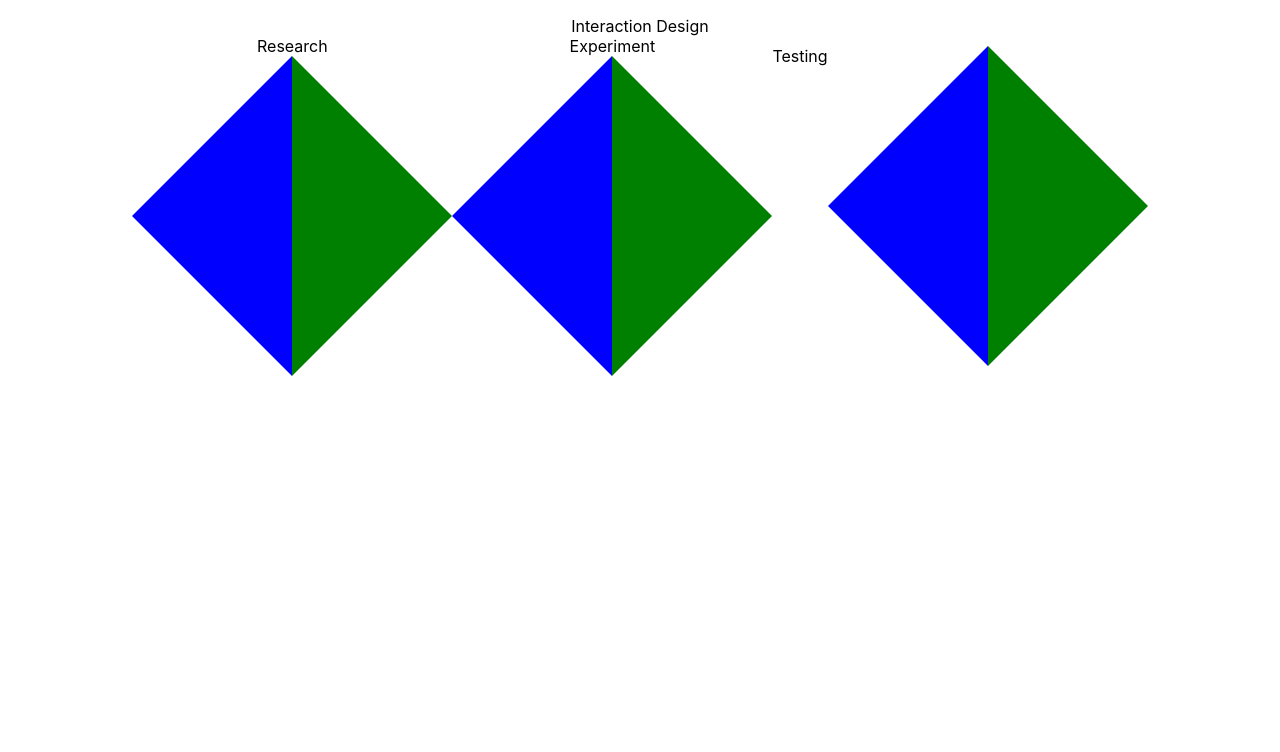
Repository: YingCG/interaction-design
Page: /
These files come from the project's save history. The page is drawn as it stood at one moment and after the next save; the edit follows.
The browser window is 1280 px wide. The pictures show the whole page.
The project was rebuilt for these pictures with package versions that can differ from the ones it lists, and the page was loaded fresh each time.

Above is the page before, as saved 2023-09-07 16:16:41.

### src/App.js
import logo from "./logo.svg";
import "./App.css";
import TripleDiamond from "./TripleDiamond";

function App() {
  return (
    <div className="App">
      Interaction Design
      <TripleDiamond />
    </div>
  );
}

export default App;

### src/App.css
.App {
  text-align: center;
  padding: 1em;
  height: 100vh;
}

.arrow-right {
  width: 0;
  height: 0;
  border-top: 10rem solid transparent;
  border-bottom: 10rem solid transparent;
  border-left: 10rem solid green;
}
.arrow-right:hover {
  border-left: 10rem solid #ffa1f5;
}

.arrow-left {
  width: 0;
  height: 0;
  border-top: 10rem solid transparent;
  border-bottom: 10rem solid transparent;
  border-right: 10rem solid blue;
}
.arrow-left:hover {
  border-right: 10rem solid #ffa1f5;
}

.container {
  display: flex;
  justify-content: center;
  align-items: center;
  width: 100%;
}

.text-content {
  /* padding: 3em; */
  font-size: 3em;
  font-weight: 800;
  flex-direction: column;
}

.triple-diamond {
  display: flex;
  width: 50%;
}

.container-triple {
  display: flex;
  flex-direction: column;
}

.text-above {
  flex-direction: column;
}

### src/TripleDiamond.jsx
import React, { useState } from "react";
import contents from "./data";
import ProjectOverview from "./ProjectOverview";

function TripleDiamond() {
  const [info, setInfo] = useState("");

  function showInfo() {
    console.log(contents);
    setInfo(contents);
  }
  // const showInfo = () => {

  // }

  return (
    <>
      <div className="container">
        <div className="container-triple">
          <div className="text-above">Research</div>
          <div className="triple-diamond">
            <div className="arrow-left" onClick={showInfo}></div>
            <div className="arrow-right"></div>
          </div>
        </div>

        <div className="container-triple">
          <div className="text-above">Experiment</div>
          <div className="triple-diamond">
            <div className="arrow-left"></div>
            <div className="arrow-right"></div>
          </div>
        </div>

        <div className="container-triple">
          <div className="triple-diamond">
            <div className="text-above">Testing</div>
            <div className="arrow-left"></div>
            <div className="arrow-right"></div>
          </div>
        </div>
        <div className="information">
          {contents.map((info, index) => (
            <ProjectOverview props={info} key={index} />
          ))}
        </div>
      </div>
    </>
  );
}

export default TripleDiamond;

### src/data.js
const contents = [
  {
    Title: "Project Overview",
    Description:
      "Memento Media is a creative industry startup that empowers people to save life's stories. When a loved one dies, we also sadly loose their stories. Memento Media uses storytelling and oral history practices to redefine the way families discover, capture and celebrate family history withoutmulti-generational living family archives.",
  },
  {
    Title: "Research",
    Description: "Assessment 1",
  },
  {
    Title: "Experiment",
    Description: "Assessment 2",
  },
  {
    Title: "Prototype",
    Description: "Assessment 3.",
  },
];

export default contents;

### src/ProjectOverview.js
import React from "react";

function ProjectOverview(props) {
  return (
    <div className="information">
      <h1> {props.Title}</h1>
      <p> {props.Description}</p>
    </div>
  );
}

export default ProjectOverview;

Loaded but not shown: public/index.html (common file); src/index.js (common file); src/index.css (common file); src/reportWebVitals.js (common file)

After the next save:
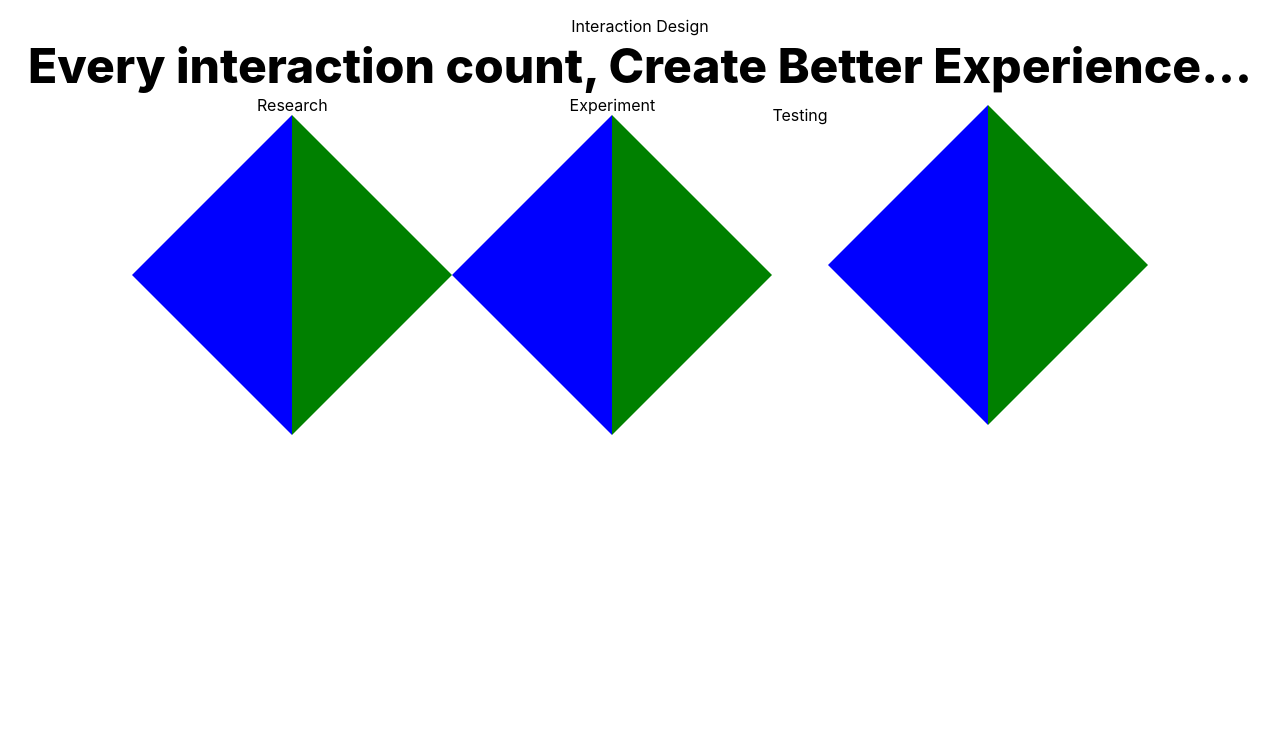
Saved 17 s later.
--- a/src/TripleDiamond.jsx
+++ b/src/TripleDiamond.jsx
@@ -15,6 +15,9 @@ function TripleDiamond() {
 
   return (
     <>
+      <div className="text-content">
+        Every interaction count, Create Better Experience...
+      </div>
       <div className="container">
         <div className="container-triple">
           <div className="text-above">Research</div>
